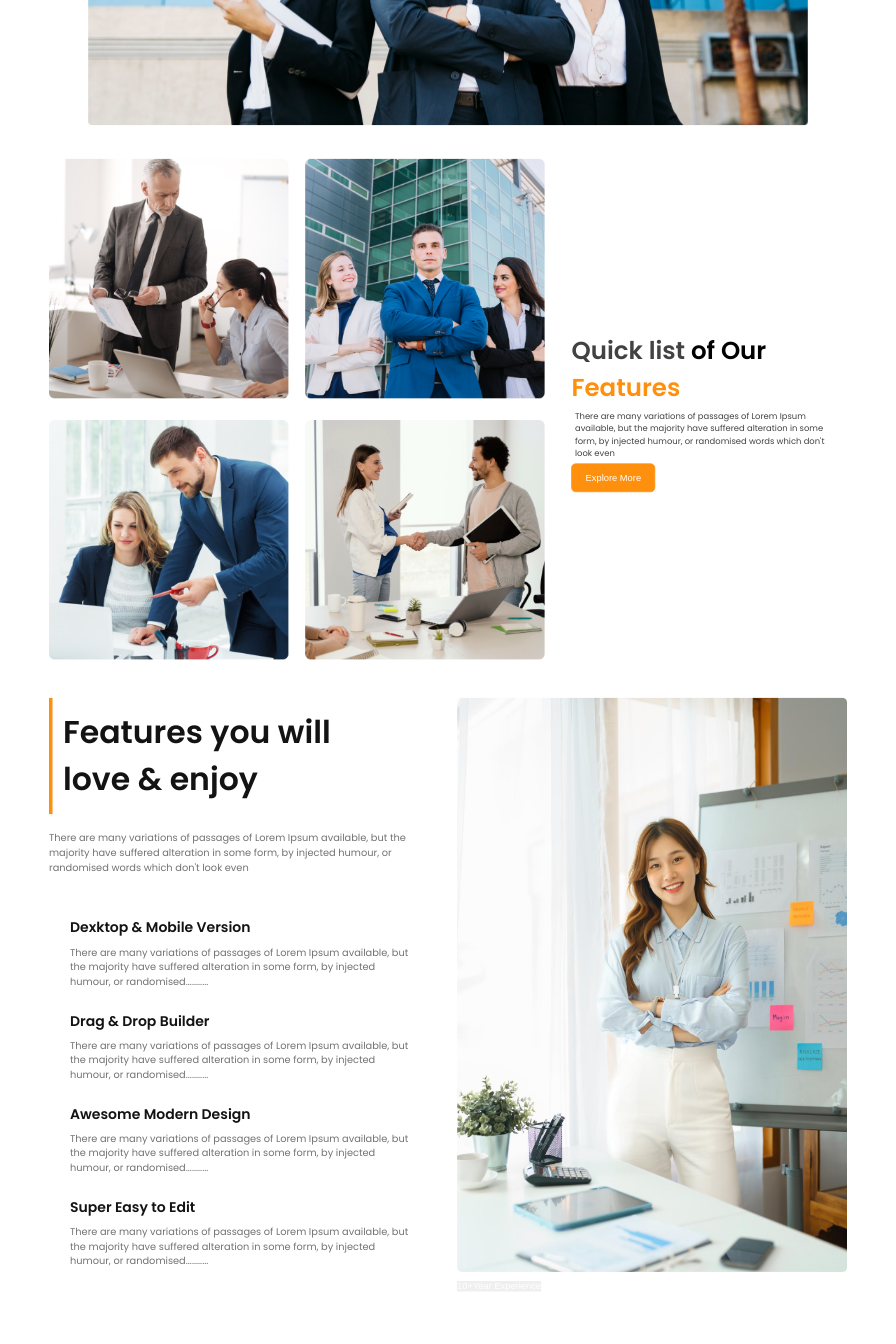
Repository: mdrubel02/G3_Architects
Page: index.html
The author's editor kept a copy of each file at every save. The page is drawn from the files as they stood at one save, then again after the next save.
The browser window is 1280 px wide. The pictures show the part of the page from y = 750 to 2670 px (the page is 2670 px tall), at 70% of full size.

Above is the page before, as saved 2023-01-15 10:13:10.

### index.html
<!DOCTYPE html>
<html lang="en">

<head>
    <meta charset="UTF-8">
    <meta http-equiv="X-UA-Compatible" content="IE=edge">
    <meta name="viewport" content="width=device-width, initial-scale=1.0">
    <title>G3 Architects</title>
    <!-------- css link ---------->
    <link rel="stylesheet" href="/style.css">
</head>

<body>
    <!------------- Header section ----------->
    <header class="container">
        <nav>
            <div class="logo">
                <h2>G3 Architects</h2>
            </div>
            <ul class="navigation">
                <li><a href="">Home</a></li>
                <li><a href="">About</a></li>
                <li><a href="">Contact Us</a></li>
                <li><a href="">Login</a></li>
            </ul>
        </nav>
    </header>
    <!----------------- Banner section ---------------->
    <section class="container">
        <div class="banner_section">
            <div class="banner_left">
                <h1>Brand New Group of Architects
                </h1>
                <p>There are many variations of passages of Lorem Ipsum available, but the majority have suffered alteration in some form, by injected humour, or randomised words which don't look even</p>
                <button class="btn-primary">Explore More</button>
            </div>
            <div class="banner_right">
                <img class="banner" src="./images/banner.png" alt="">
            </div>
        </div>
    </section>
    <!------------------ Features Section----------->
    <section class="container">
        <div class="features_section">
            <div class="features_left">
                <div class="features_photos">
                    <img src="./images/team1.png" alt="">
                </div>
                <div class="features_photos">
                    <img src="./images/team2.png" alt="">
                </div>
                <div class="features_photos">
                    <img src="./images/team3.png" alt="">
                </div>
                <div class="features_photos">
                    <img src="./images/team4.png" alt="">
                </div>
            </div>
            <div class="features_right">
                <h1><span class="list">Quick list</span> <span class="our">of Our</span> <span class="feature">Features</span></h1>
                <p>There are many variations of passages of Lorem Ipsum available, but the majority have suffered alteration in some form, by injected humour, or randomised words which don't look even</p>
                <button class="btn btn-secondary">Explore More</button>
            </div>
        </div>
    </section>
    <!------------------features_destiny ----------->
    <section class="container">
        <div class="features_destiny">
            <div class="features_destiny_left">
                <div class="features_destiny_title">
                    <h1>Features you will love & enjoy</h1>
                </div>
                <p>There are many variations of passages of Lorem Ipsum available, but the majority have suffered alteration in some form, by injected humour, or randomised words which don't look even</p>
                <div class="feature_destiny_body">
                    <h3>Dexktop & Mobile Version</h3>
                    <p>There are many variations of passages of Lorem Ipsum available, but the majority have suffered alteration in some form, by injected humour, or randomised...........</p>
                    <h3>Drag & Drop Builder</h3>
                    <p>There are many variations of passages of Lorem Ipsum available, but the majority have suffered alteration in some form, by injected humour, or randomised...........</p>
                    <h3>Awesome Modern Design</h3>
                    <p>There are many variations of passages of Lorem Ipsum available, but the majority have suffered alteration in some form, by injected humour, or randomised...........</p>
                    <h3>Super Easy to Edit</h3>
                    <p>There are many variations of passages of Lorem Ipsum available, but the majority have suffered alteration in some form, by injected humour, or randomised...........</p>
                </div>

            </div>
            <div class="features_destiny_right">
                <img src="./images/architect.png" alt="">
                <button><a href="">10+Year
                    <span>Experience</span></a></button>
            </div>
        </div>
    </section>
</body>

</html>

### style.css
/* =====GOOGLE FONTS====== */
@import url('https://fonts.googleapis.com/css2?family=Poppins:wght@300;400;500;600&display=swap');

/* =====COMMON STYLES====== */
* {
    margin: 0;
    padding: 0;
    border: 0;
    outline: 0;
    list-style: none;
    text-decoration: none;
}

body {
    font-family: 'Poppins', sans-serif;
}
.container {
    max-width: 1200px;
    margin: 0 auto;
    padding: 0 30px;
    margin-bottom: 3rem;
    box-sizing: border-box;
}

a {
    color: #fff;
    transition: all 400ms ease;
}

a:hover {
    color: #fff;
}

.btn {
    text-align: center;
    width: max-content;
    display: inline-block;
    color: #fff;
    padding: 0.75rem 1.2rem;
    border-radius: 0.4rem;
    border: 1px solid #FF900E;
    transition: all 400ms ease;
    cursor: pointer;
}
.btn-secondary {
    background: #FF900E;
    color: #fff;
}
.btn:hover {
    background: #fff;
    color:  #FF900E;
    border: 1px solid  #FF900E;
}

.btn-primary {
    outline: 0;
    border: 0;
    padding: 15px 20px;
    color: #fff;
    font-size: 18px;
    text-transform: uppercase;
    border-radius: 5px;
    background-image: linear-gradient(90deg, #FF900E, #FFC72C);
    cursor: pointer;
    box-shadow:0 7px 0 #FF900E ;
    position: relative;
    top: 0;
}
.btn-primary:active{
    top: 5px;
    box-shadow:0 2px 0 #FF900E ;
}
/*<=============== style header section=================> */
nav{
    display: flex;
    justify-content: space-between;
    height: 80px;
    align-items: center;
}
.navigation{
    display: flex;
}
.navigation li{
    list-style: none;
    margin: 10px;
}
.navigation li a{
    color: #424242;
    font-size: 20px;
    font-weight: 500;
    text-decoration: none;
    padding: 15px 10px;
}
.logo h2{
    font-size: 40px;
    font-weight: 700;
    /* text-align: center; */
}
/* <=============== banner section style ===============> */
.banner_section{
    display: flex;
    flex-direction: column;
    justify-content: center;
    align-items: center;
    gap: 3rem;
}
.banner_left{
    display: flex;
    flex-direction: column;
    justify-content: center;
    align-items: center;
    text-align: center;

}
.banner_left h1{
    font-size: 50px;
    font-weight: 700;
    color: #131313;
    width: 700px;
}
.banner_left p{
    color: #727272;
    font-size: 14px;
    width: 800px;
    text-align: center;
    padding: 5px;
}
.banner_right{
    width: 100%;
    display: flex;
    overflow: hidden;
    justify-content: center;
    align-items: center;
}
.banner{
    height: 500px;
}
/* ============== Style Feature section ============= */
.features_section{
    display: grid;
    grid-template-columns: 1fr 1fr;
    gap: 2.4rem;
}
.features_left{
    display: grid;
    grid-template-columns: repeat(2, 1fr);
    gap: 1.5rem;
}
.features_right{
    display: flex;
    flex-direction: column;
    justify-content: center;
    align-items: flex-start;
}
.features_right h1{
    font-size: 35px;
    font-weight: 700;
}
.features_right p{
    color: #424242;
    font-size: 12px;
    padding: 5px;
}
.list{
    color: #424242;
}
.feature{
    color: #FF900E;
}
/*============== Style features_destiny ============== */
.features_destiny{
    display: grid;
    grid-template-columns: repeat(2, 1fr);
    gap: 2rem;
}
.features_destiny_title{
    color: #131313;
    font-size: 30px;
    width: 450px;
    font-weight: 700;
    position: relative;
    border-left: 5px solid  #FF900E;
    padding: 15px;
    margin-bottom: 24px;
}
.features_destiny_left p{
    font-size: 14px;
    color: #727272;
    margin-bottom: 30px;
}
.feature_destiny_body{
    padding: 30px;
}
.feature_destiny_body h3{
    font-size: 20px;
    font-weight: 600;
    color: #131313;
    margin-bottom: 10px;
}
.features_destiny_right{
    width: 80%;
}
.features_destiny_right img{
    width: 557px;
    height: 820px;
}

After the next save:
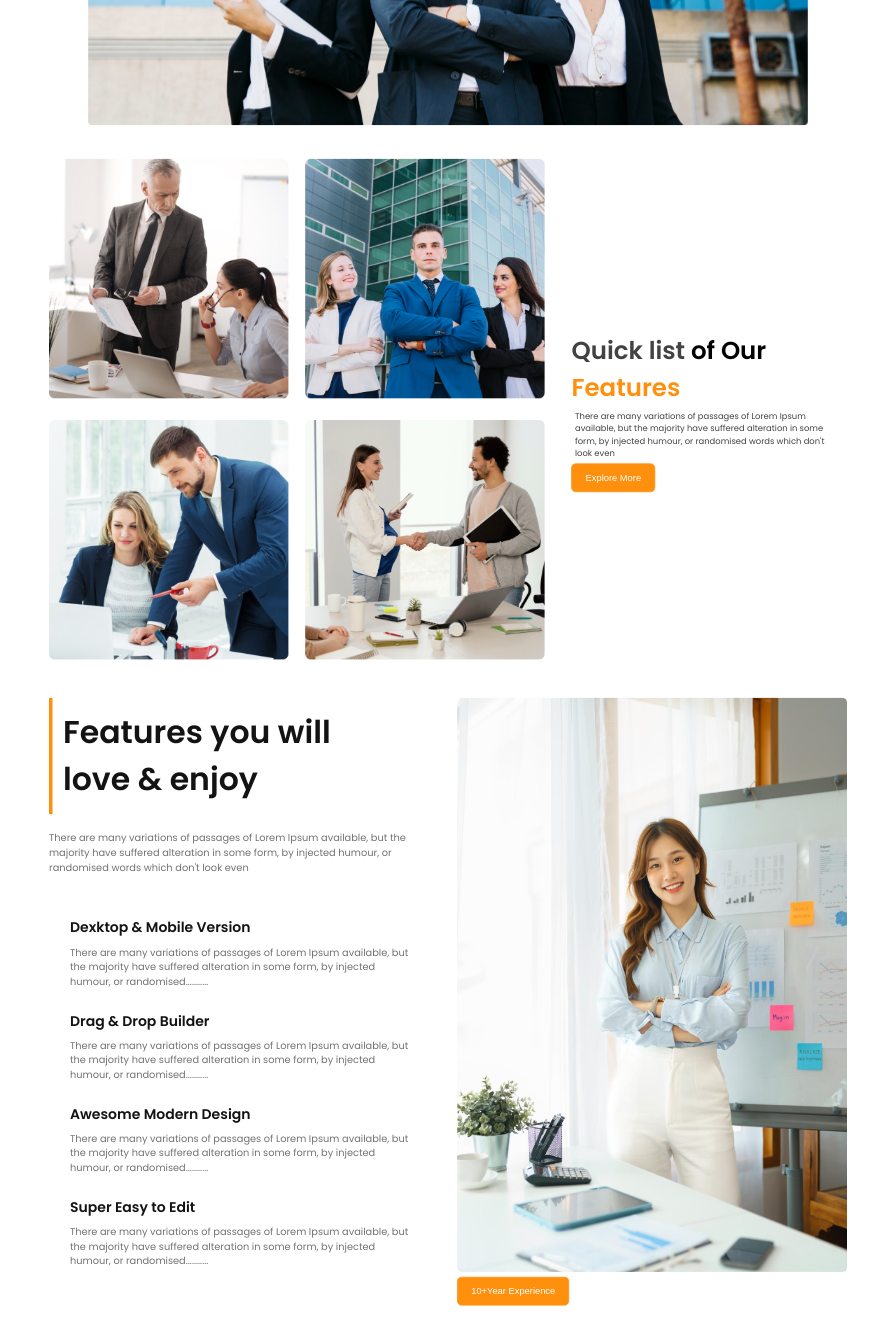
Saved 28 s later.
--- a/index.html
+++ b/index.html
@@ -85,7 +85,7 @@
             </div>
             <div class="features_destiny_right">
                 <img src="./images/architect.png" alt="">
-                <button><a href="">10+Year
+                <button class="btn btn-secondary"><a href="">10+Year
                     <span>Experience</span></a></button>
             </div>
         </div>

After the save that followed:
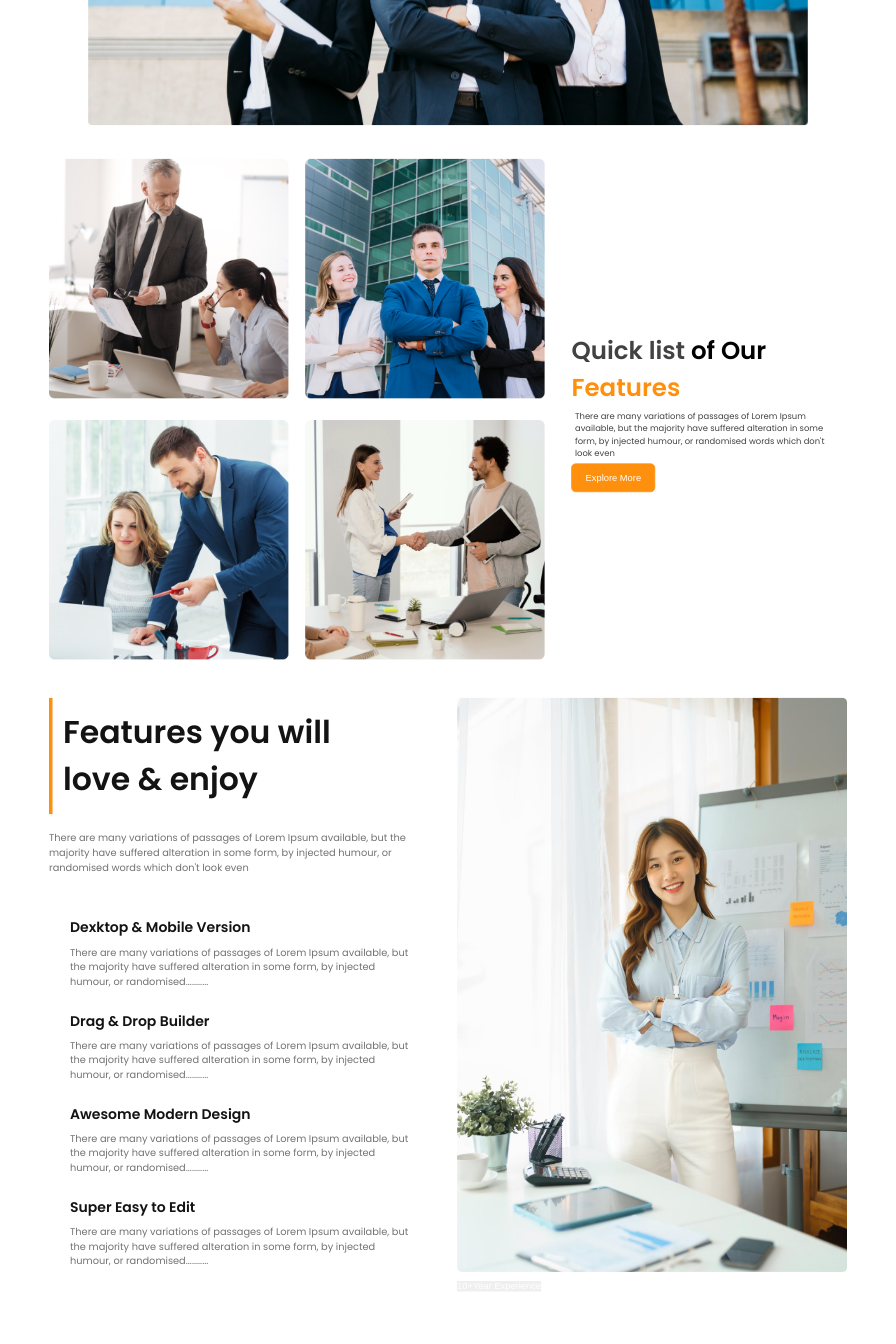
Saved 82 s later.
--- a/index.html
+++ b/index.html
@@ -85,7 +85,7 @@
             </div>
             <div class="features_destiny_right">
                 <img src="./images/architect.png" alt="">
-                <button class="btn btn-secondary"><a href="">10+Year
+                <button class="experience_btn"><a href="">10+Year
                     <span>Experience</span></a></button>
             </div>
         </div>
